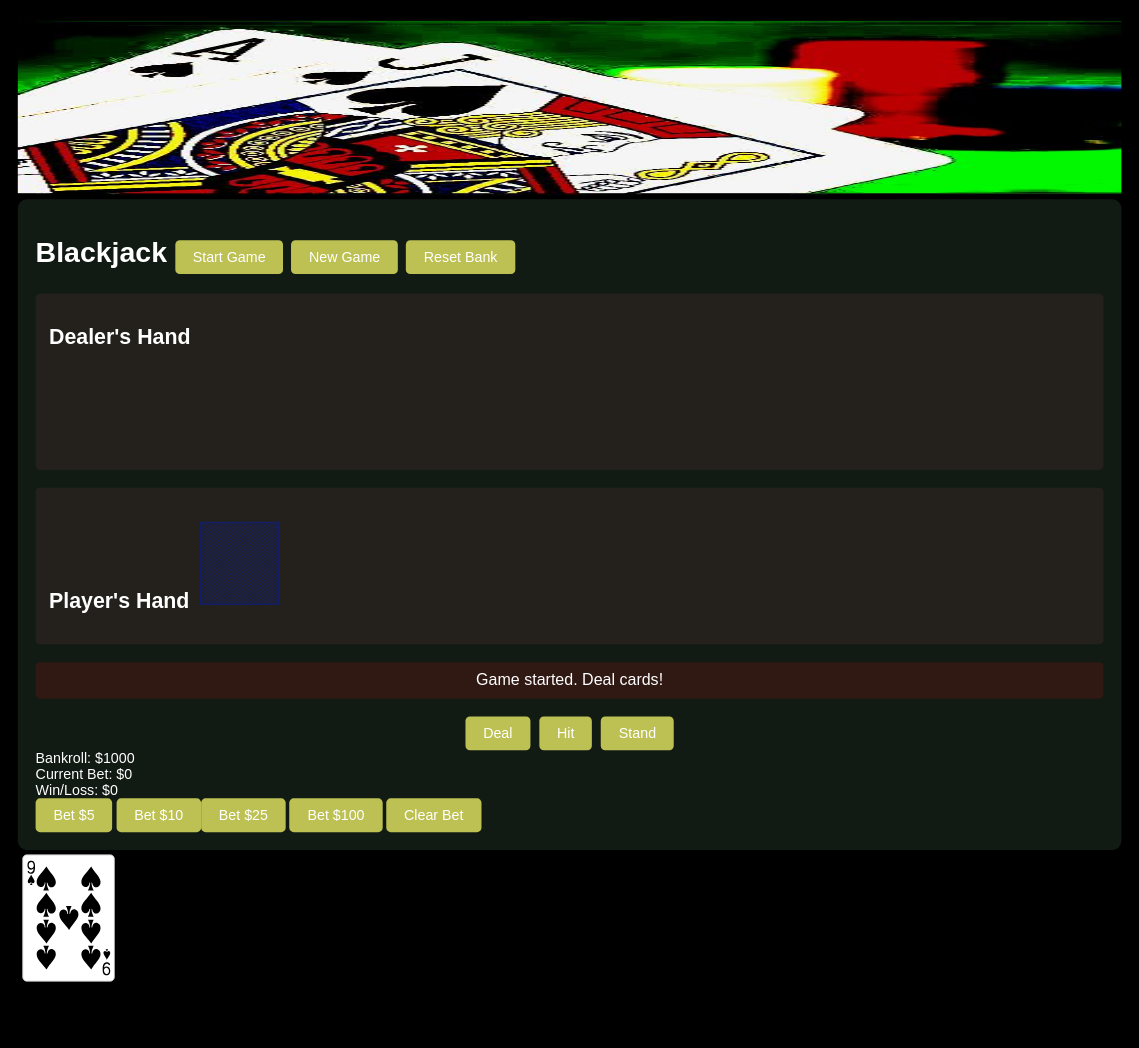
Repository: fahad7252/project-1-blackjack
Page: index.html
An editor plug-in stored every save of this project. The page is shown before and after the next save, followed by the edit.
The browser window is 1280 px wide. The pictures show the whole page, at 89% of full size.

Above is the page before, as saved 2024-12-04 12:23:48.

### index.html
<!DOCTYPE html>
<html lang="en">
<head>
    <meta charset="UTF-8">
    <meta name="viewport" content="width=device-width, initial-scale=1.0">
    <title>Blackjack Game</title>
    <link rel="stylesheet" href="css/main.css" type="text/css">
    <link rel="stylesheet" href="css/cardstarter.css" type="text/css">

</head>
<body>
    <img src="blackjack.JPG"  class="landing-image">
    <div class="game-board">
        <h1>Blackjack <button id="start-button">Start Game</button>
             <button id="new-game-button">New Game</button>
             <button id="reset-bank-button">Reset Bank</button></h1>
         <div class="hand">
            <h2>Dealer's Hand <div  class="card-image"> </h2>
            <div id="dealer-hand"></div>

        </div>

        <div class="hand">
            <h2>Player's Hand <img src="/images/backs/blue.svg" class="card-image"></h2>
            <div id="player-hand"></div>
        </div>

        <div id="message">Game started. Deal cards!</div>

        <div class="controls">
            <button id="deal-button">Deal</button>
            <button id="hit-button">Hit</button>
            <button id="stand-button">Stand</button>

        </div>
        <div class="bank-stats">
            <div>Bankroll: $<span id="bankroll">1000</span></div>
            <div>Current Bet: $<span id="current-bet">0</span></div>
            <div>Win/Loss: $<span id="win-loss">0</span></div>
        </div>

        <div class="betting-controls">
            <button id="bet-5">Bet $5</button>
            <button id="bet-10">Bet $10</button><button id="bet-25">Bet $25</button>
            <button id="bet-100">Bet $100</button>
            <button id="clear-bet">Clear Bet</button>
        </div>
    </div>
    <div class="card large s09"></div>
    <script defer src="js/main.js"></script>
</body>
</html

### css/main.css
body {
    font-family: Arial, sans-serif;
    margin: 0 auto;
    padding: 20px;
    background-color: #000000;
    color: white;
}
.card-image {
    height: 100px;
    width: 100px;
}
.landing-image { width: 100%;
     height: auto;
     max-height: 200px;
}
.game-board {
    background-color: #121a14;
    padding: 20px;
    border-radius: 10px;
    box-shadow: 0 0 10px rgba(0, 0, 0, 0.3);
    height: auto;
}
.hand {
    margin: 20px 0;
    padding: 15px;
    background-color: rgba(113, 62, 62, 0.2);
    border-radius: 5px;
}
.controls {
    display: flex;
    gap: 10px;
    justify-content: center;
    margin-top: 20px;
}
button {
    padding: 10px 20px;
    font-size: 16px;
    cursor: pointer;
    background-color: #bdc153;
    color: white;
    border: none;
    border-radius: 5px;
}
button:disabled {
    background-color: #cccccc;
    cursor: not-allowed;
}
#message {
    text-align: center;
    font-size: 18px;
    margin: 20px 0;
    padding: 10px;
    background-color: rgba(168, 17, 17, 0.2);
    border-radius: 5px;
}

### css/cardstarter.css
@charset "UTF-8";
.card {
  box-sizing: border-box;
  display: inline-block;
  margin: 5px 5px 50px 5px;
  cursor: pointer;
  /* Set the card's dimensions, and size it relative to
     it's font size. */
  font-size: inherit;
  width: 4.0em;
  height: 5.5em;
  /* Add a default background color and border. */
  background-color: #fff;
  border-radius: 0.20em;
  border: 1px solid #c3c3c3;
  /* Scale and set the background settings. */
  background-repeat: no-repeat;
  background-position: center center;
  background-size: contain;
  /* "Hide" any text within the element (use text to be
     simply compliant with screen readers, etc.). */
  text-indent: 100%;
  white-space: nowrap;
  overflow: hidden;
  /* Default sizes for cards (size based off the font). */
  /* Optional styles for cards: borderless and drop shadow. */
  /* Not a card, but a card-shaped outline to represent a
     droppable place, like an empty pile. */ }
  .card.small {
    font-size: 12px; }
  .card.large {
    font-size: 26px; }
  .card.xlarge {
    font-size: 42px; }
  .card.no-border {
    border: 0; }
  .card.shadow {
    box-shadow: 2px 2px 3px 0 rgba(41, 41, 41, 0.75); }
  .card.outline {
    background-image: none;
    background-color: rgba(195, 195, 195, 0.5);
    border: 0.15em dashed #daa520; }

.card.diamonds.A,
.card.dA,
.card.♦A {
  background-image: url("../images/diamonds/diamonds-A.svg"); }

.card.diamonds.K,
.card.dK,
.card.♦K {
  background-image: url("../images/diamonds/diamonds-K.svg"); }

.card.diamonds.Q,
.card.dQ,
.card.♦Q {
  background-image: url("../images/diamonds/diamonds-Q.svg"); }

.card.diamonds.J,
.card.dJ,
.card.♦J {
  background-image: url("../images/diamonds/diamonds-J.svg"); }

.card.diamonds.r10,
.card.d10,
.card.♦10 {
  background-image: url("../images/diamonds/diamonds-r10.svg"); }

.card.diamonds.r09,
.card.d09,
.card.♦09 {
  background-image: url("../images/diamonds/diamonds-r09.svg"); }

.card.diamonds.r08,
.card.d08,
.card.♦08 {
  background-image: url("../images/diamonds/diamonds-r08.svg"); }

.card.diamonds.r07,
.card.d07,
.card.♦07 {
  background-image: url("../images/diamonds/diamonds-r07.svg"); }

.card.diamonds.r06,
.card.d06,
.card.♦06 {
  background-image: url("../images/diamonds/diamonds-r06.svg"); }

.card.diamonds.r05,
.card.d05,
.card.♦05 {
  background-image: url("../images/diamonds/diamonds-r05.svg"); }

.card.diamonds.r04,
.card.d04,
.card.♦04 {
  background-image: url("../images/diamonds/diamonds-r04.svg"); }

.card.diamonds.r03,
.card.d03,
.card.♦03 {
  background-image: url("../images/diamonds/diamonds-r03.svg"); }

.card.diamonds.r02,
.card.d02,
.card.♦02 {
  background-image: url("../images/diamonds/diamonds-r02.svg"); }

.card.hearts.A,
.card.hA,
.card.♥A {
  background-image: url("../images/hearts/hearts-A.svg"); }

.card.hearts.K,
.card.hK,
.card.♥K {
  background-image: url("../images/hearts/hearts-K.svg"); }

.card.hearts.Q,
.card.hQ,
.card.♥Q {
  background-image: url("../images/hearts/hearts-Q.svg"); }

.card.hearts.J,
.card.hJ,
.card.♥J {
  background-image: url("../images/hearts/hearts-J.svg"); }

.card.hearts.r10,
.card.h10,
.card.♥10 {
  background-image: url("../images/hearts/hearts-r10.svg"); }

.card.hearts.r09,
.card.h09,
.card.♥09 {
  background-image: url("../images/hearts/hearts-r09.svg"); }

.card.hearts.r08,
.card.h08,
.card.♥08 {
  background-image: url("../images/hearts/hearts-r08.svg"); }

.card.hearts.r07,
.card.h07,
.card.♥07 {
  background-image: url("../images/hearts/hearts-r07.svg"); }

.card.hearts.r06,
.card.h06,
.card.♥06 {
  background-image: url("../images/hearts/hearts-r06.svg"); }

.card.hearts.r05,
.card.h05,
.card.♥05 {
  background-image: url("../images/hearts/hearts-r05.svg"); }

.card.hearts.r04,
.card.h04,
.card.♥04 {
  background-image: url("../images/hearts/hearts-r04.svg"); }

.card.hearts.r03,
.card.h03,
.card.♥03 {
  background-image: url("../images/hearts/hearts-r03.svg"); }

.card.hearts.r02,
.card.h02,
.card.♥02 {
  background-image: url("../images/hearts/hearts-r02.svg"); }

.card.spades.A,
.card.sA,
.card.♠A {
  background-image: url("../images/spades/spades-A.svg"); }

.card.spades.K,
.card.sK,
.card.♠K {
  background-image: url("../images/spades/spades-K.svg"); }

.card.spades.Q,
.card.sQ,
.card.♠Q {
  background-image: url("../images/spades/spades-Q.svg"); }

.card.spades.J,
.card.sJ,
.card.♠J {
  background-image: url("../images/spades/spades-J.svg"); }

.card.spades.r10,
.card.s10,
.card.♠10 {
  background-image: url("../images/spades/spades-r10.svg"); }

.card.spades.r09,
.card.s09,
.card.♠09 {
  background-image: url("../images/spades/spades-r09.svg"); }

.card.spades.r08,
.card.s08,
.card.♠08 {
  background-image: url("../images/spades/spades-r08.svg"); }

.card.spades.r07,
.card.s07,
.card.♠07 {
  background-image: url("../images/spades/spades-r07.svg"); }

.card.spades.r06,
.card.s06,
.card.♠06 {
  background-image: url("../images/spades/spades-r06.svg"); }

.card.spades.r05,
.card.s05,
.card.♠05 {
  background-image: url("../images/spades/spades-r05.svg"); }

.card.spades.r04,
.card.s04,
.card.♠04 {
  background-image: url("../images/spades/spades-r04.svg"); }

.card.spades.r03,
.card.s03,
.card.♠03 {
  background-image: url("../images/spades/spades-r03.svg"); }

.card.spades.r02,
.card.s02,
.card.♠02 {
  background-image: url("../images/spades/spades-r02.svg"); }

.card.clubs.A,
.card.cA,
.card.♣A {
  background-image: url("../images/clubs/clubs-A.svg"); }

.card.clubs.K,
.card.cK,
.card.♣K {
  background-image: url("../images/clubs/clubs-K.svg"); }

.card.clubs.Q,
.card.cQ,
.card.♣Q {
  background-image: url("../images/clubs/clubs-Q.svg"); }

.card.clubs.J,
.card.cJ,
.card.♣J {
  background-image: url("../images/clubs/clubs-J.svg"); }

.card.clubs.r10,
.card.c10,
.card.♣10 {
  background-image: url("../images/clubs/clubs-r10.svg"); }

.card.clubs.r09,
.card.c09,
.card.♣09 {
  background-image: url("../images/clubs/clubs-r09.svg"); }

.card.clubs.r08,
.card.c08,
.card.♣08 {
  background-image: url("../images/clubs/clubs-r08.svg"); }

.card.clubs.r07,
.card.c07,
.card.♣07 {
  background-image: url("../images/clubs/clubs-r07.svg"); }

.card.clubs.r06,
.card.c06,
.card.♣06 {
  background-image: url("../images/clubs/clubs-r06.svg"); }

.card.clubs.r05,
.card.c05,
.card.♣05 {
  background-image: url("../images/clubs/clubs-r05.svg"); }

.card.clubs.r04,
.card.c04,
.card.♣04 {
  background-image: url("../images/clubs/clubs-r04.svg"); }

.card.clubs.r03,
.card.c03,
.card.♣03 {
  background-image: url("../images/clubs/clubs-r03.svg"); }

.card.clubs.r02,
.card.c02,
.card.♣02 {
  background-image: url("../images/clubs/clubs-r02.svg"); }

.card.joker {
  background-image: url("../images/jokers/joker.svg"); }

.card.joker-black {
  background-image: url("../images/jokers/joker-black.svg"); }

.card.joker-red {
  background-image: url("../images/jokers/joker-red.svg"); }

.card.back {
  background-image: url("../images/backs/blue.svg"); }

.card.back-blue {
  background-image: url("../images/backs/blue.svg"); }

.card.back-red {
  background-image: url("../images/backs/red.svg"); }

.card.tot {
  background-image: url("../images/backs/tot.png");
}

/* Re-orients the cards for different directions. While
   they are symmetric, it's still important to orient
   them correctly in case text or other symbols are
   layered on them with CSS pseudo-selectors, new
   classes/rules, etc. */
.card.west,
.card.W {
  transform: rotate(90deg);
  margin: auto 0.75em; }
  .card.west.shadow,
  .card.W.shadow {
    box-shadow: 2px -2px 3px 0 rgba(41, 41, 41, 0.75); }

.card.north,
.card.N {
  transform: rotate(180deg); }
  .card.north.shadow,
  .card.N.shadow {
    box-shadow: -2px -2px 3px 0 rgba(41, 41, 41, 0.75); }

.card.east,
.card.E {
  transform: rotate(270deg);
  margin: auto 0.75em; }
  .card.east.shadow,
  .card.E.shadow {
    box-shadow: -2px 2px 3px 0 rgba(41, 41, 41, 0.75); }

### js/main.js
/*----- constants -----*/
const suits = ["s", "c", "d", "h"];
const values = [
  "2",
  "3",
  "4",
  "5",
  "6",
  "7",
  "8",
  "9",
  "10",
  "J",
  "Q",
  "K",
  "A",
];

/*----- state variables -----*/

let deck = [];
let playerHand = [];
let dealerHand = [];
let bankroll = 1000;
let currentBet = 0;
let winLoss = 0;

/*----- cached elements  -----*/
const messageElement = document.getElementById("message");
const dealerHandElement = document.getElementById("dealer-hand");
const playerHandElement = document.getElementById("player-hand");
const bankrollElement = document.getElementById("bankroll");
const currentBetElement = document.getElementById("current-bet");
const winLossElement = document.getElementById("win-loss");

/*----- event listeners -----*/

document.getElementById("deal-button").addEventListener("click", handleDeal);
document.getElementById("hit-button").addEventListener("click", handleHit);
document.getElementById("stand-button").addEventListener("click", handleStand);
document.getElementById("start-button").addEventListener("click", startGame);

/*----- functions -----*/
/*init();
function init() {
  createDeck();
  shuffleDeck();
  startGame();
  stakeMoney();
  handleDeal();
  playerHand = [];
  dealerHand = [];
  message.textContent = "Game started. Deal cards!";
  updateHand(); // card elements and properties and value with css and new card
  calculateHand(); // will be doing the math
  settleBet(); // banks math
  draw(card); // push new card
  hitStand();
  winnerLoser();
  newGame();
  render();
}*/

// LET THE SHOW BEGIN
function createDeck() {
  deck = [];
  suits.forEach((suit) => {
    values.forEach((value) => {
      deck.push({ suit, value });
    });
  });
}

function shuffleDeck() {
  for (let i = deck.length - 1; i > 0; i--) {
    const j = Math.floor(Math.random() * (i + 1));
    [deck[i], deck[j]] = [deck[j], deck[i]];
  }
}
function updateHands() {
  playerHandElement.innerHTML = "";
  dealerHandElement.innerHTML = "";
  playerHand.forEach((card) => {
    const cardElement = document.createElement("div");
    cardElement.className = `card ${card.suit[0].toLowerCase()}${card.value}`;
    playerHandElement.appendChild(cardElement);
  });
  dealerHand.forEach((card) => {
    const cardElement = document.createElement("div");
    cardElement.className = `card ${card.suit[0].toLowerCase()}${card.value}`;
    dealerHandElement.appendChild(cardElement);
  });
}

function drawCard() {
  return deck.pop();
}

function startGame() {
  // create draw card and update hands functions remain
  if (currentBet > 0) {
    playerHand = [drawCard(), drawCard()];
    dealerHand = [drawCard(), drawCard()];
    messageElement.textContent = "Hit or Stand";
    updateHands();
    render();
  } else {
    messageElement.textContent = " Place Bet to start the game ";
  }
}

function handleDeal() {
  if (currentBet > 0) {
    startGame;
  }
}

function handleHit() {
  playerHand.push(drawCard());
  if (calculateHand(playerHand) > 21) {
    messageElement.textContent = "Bust! Dealer wins";
    settleBet(false);
  } else {
    updateHands();
    render();
  }
}
function handleStand() {
  while (calculateHand(dealerHand) < 17) {
    dealerHand.push(drawCard());
  }
  const playerTotal = calculateHand(playerHand);
  const dealerTotal = calculateHand(dealerHand);
  if (dealerTotal > 21 || playerTotal > dealerTotal) {
    messageElement.textContent = "you win";
    settleBet(true);
  } else if (playerTotal < dealerTotal) {
    messageElement.textContent = "dealer wins";
    settleBet(false);
  } else {
    messageElement = "its tie";
    settleBet(false, true);
  }
}

function calculateHand(hand) {
  let total = 0;
  let aceCount = 0;
  hand.forEach((card) => {
    if (["J", "Q", "K"].includes(card.value)) {
      total += 10;
    } else if (card.value === "A") {
      total += 11;
      aceCount++;
    } else {
      total += Number(card.value);
    }
  });
  while (total > 21 && aceCount > 0) {
    total -= 10;
    aceCount--;
  }
  return total;
}
function settleBet(playerWins, tie = false) {
  if (tie) {
  } else if (playerWins) {
    bankroll += currentBet;
    winLoss += currentBet;
  } else {
    bankroll -= currentBet;
    winLoss -= currentBet;
  }
  currentBet = 0;
  updateBankroll();
  render();
}
function updateBankroll() {
  bankrollElement.textContent = `Bankroll: $${bankroll}`;
  currentBetElement.textContent = `Current Bet: $${currentBet}`;
  winLossElement.textContent = `Win/Loss: $${winLoss}`;
}
function stakeMoney() {
  currentBet = 0;
  currentBetElement.textContent = `CurrentBet: $${currentBet}`;
}
function render() {
  updateBankroll();
  updateHand();
}

After the next save:
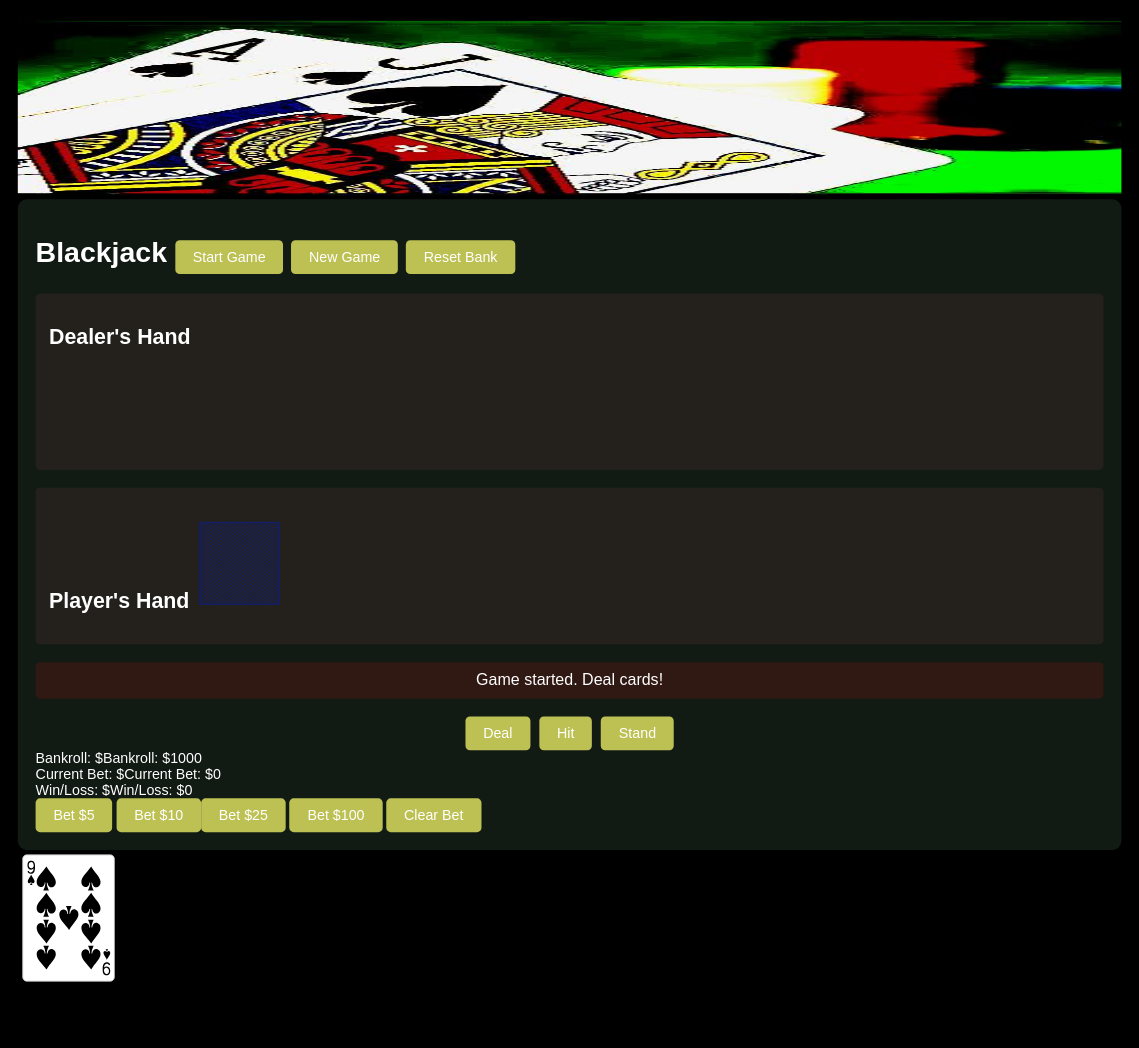
Saved 112 s later.
--- a/js/main.js
+++ b/js/main.js
@@ -111,7 +111,7 @@ function startGame() {
 
 function handleDeal() {
   if (currentBet > 0) {
-    startGame;
+    startGame();
   }
 }
 
@@ -186,5 +186,13 @@ function stakeMoney() {
 }
 function render() {
   updateBankroll();
-  updateHand();
+  updateHands();
 }
+// Add at the end of file
+init();
+
+function init() {
+  createDeck();
+  shuffleDeck();
+  render();
+}
